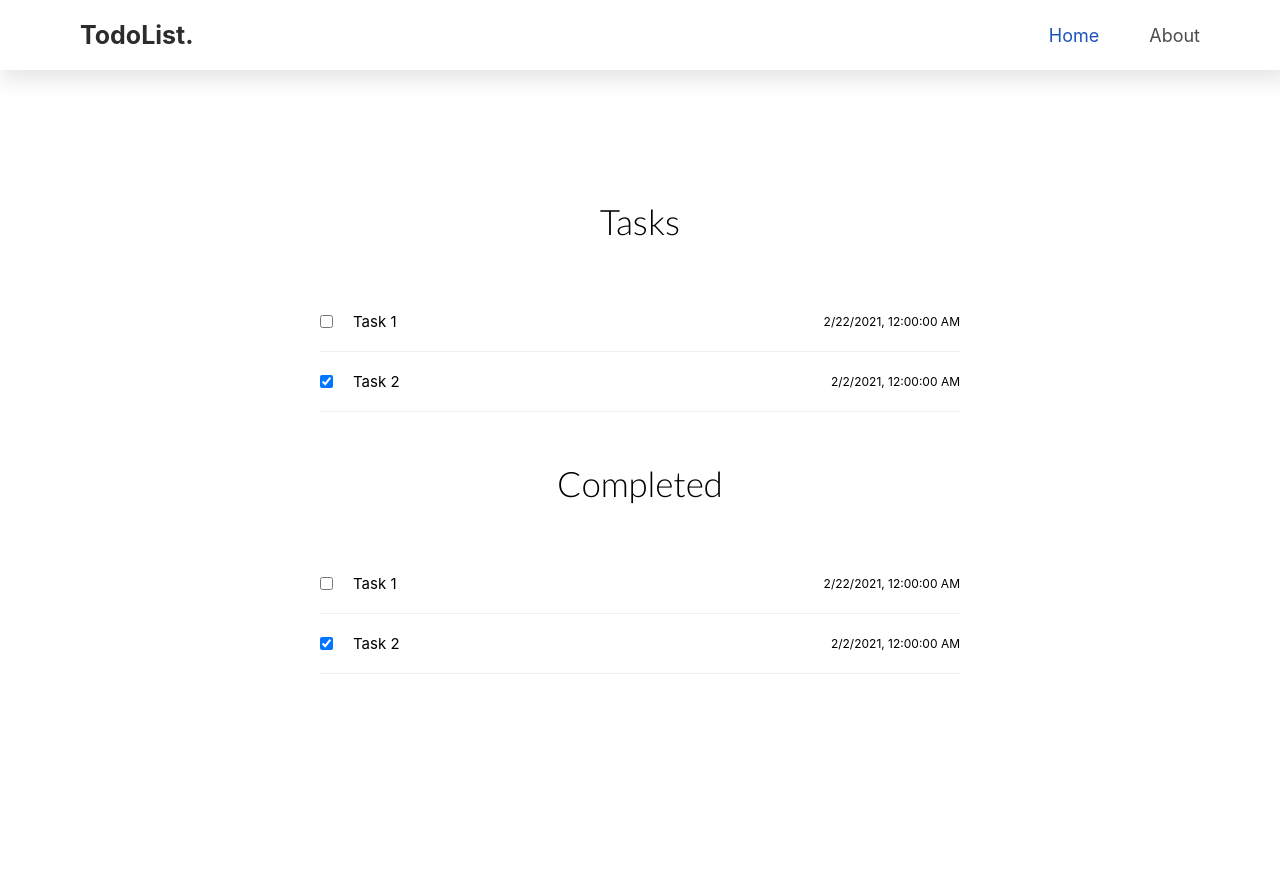
Repository: dqhuy153/react-todoList
Page: /
The author's editor kept a copy of each file at every save. The page is drawn from the files as they stood at one save, then again after the next save.
The browser window is 1280 px wide. The pictures show the whole page.
The project was rebuilt for these pictures with package versions that can differ from the ones it lists, and the page was loaded fresh each time. Also part of the build but not shown: src/components/UI/LoadingSpinner.module.scss.

Above is the page before, as saved 2021-09-16 20:49:54.

After the next save:
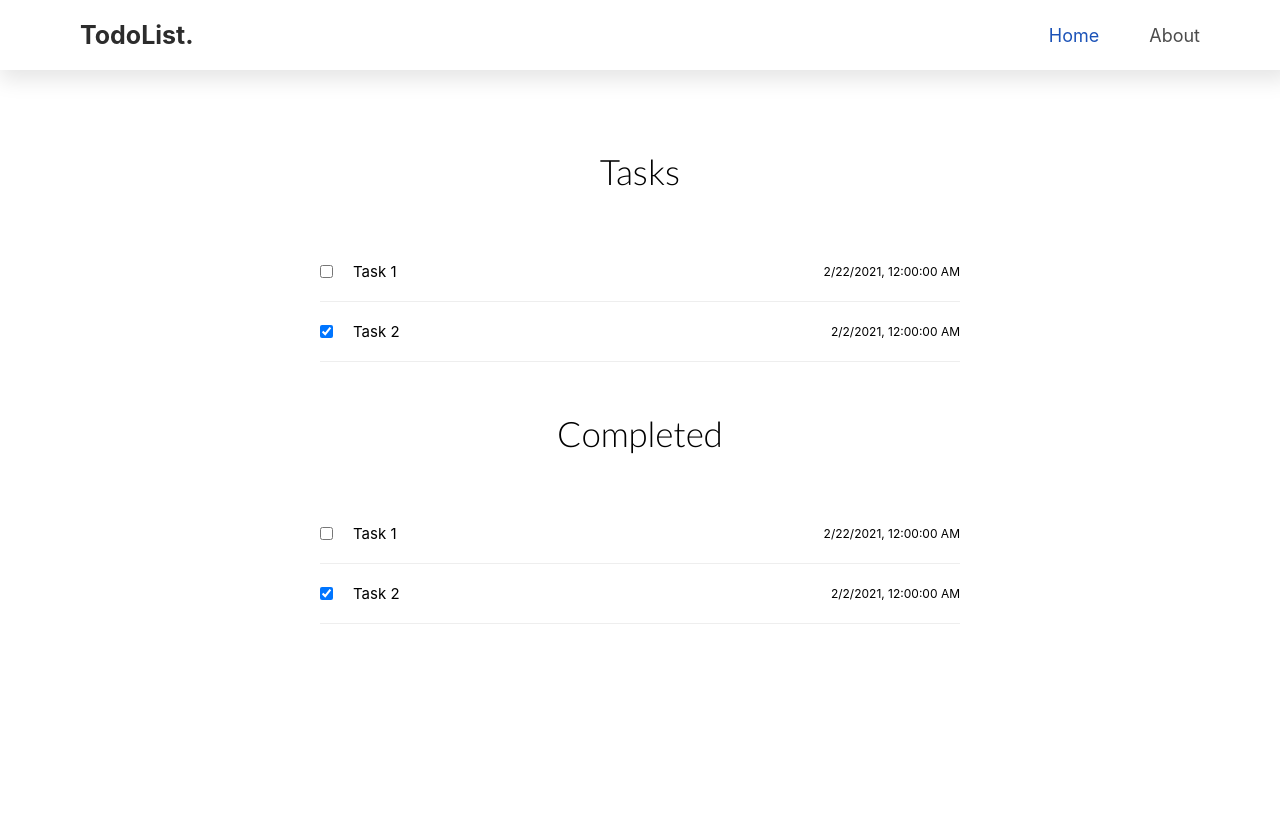
Saved 15 s later.
--- a/src/components/pages/Home.module.scss
+++ b/src/components/pages/Home.module.scss
@@ -6,6 +6,5 @@
     font-family: 'Lato', sans-serif;
     font-weight: 300;
     font-size: 3.5rem;
-    margin-top: 5rem;
   }
 }
